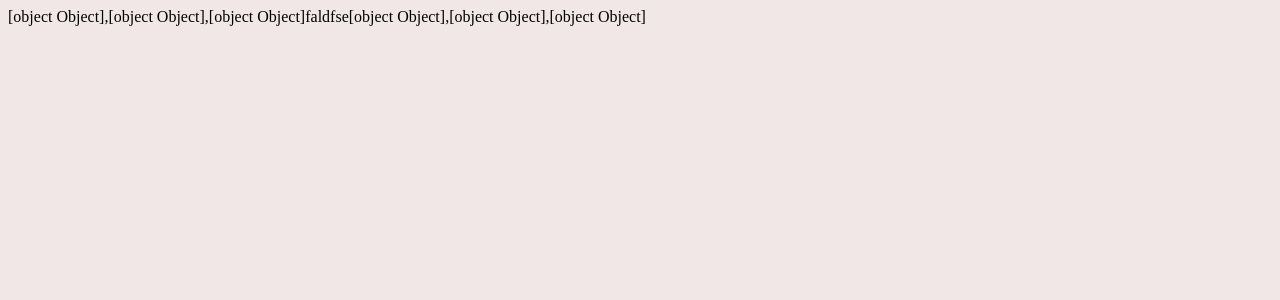
Repository: cyborgEneki/archangel-code-challenge
Page: index.html
An editor plug-in stored every save of this project. The page is shown before and after a run of saves, followed by the edit.
The browser window is 1280 px wide. The pictures show the whole page.
The style sheet was rebuilt from its Sass, Less or Tailwind sources for each picture, by a compiler version that may differ from the author's.

Above is the page before, as saved 2020-11-05 15:05:18.

### index.html
<!DOCTYPE html>
<html lang="en">

<head>
    <link rel="stylesheet" href="assets/css/styles.css">
</head>

<body>
    <div id="main"></div>
    <script src="bower_components/handlebars/handlebars.min.js"></script>
    <script src="bower_components/jquery/dist/jquery.min.js"></script>
    <script type="text/x-handlebars-template" id="template-script">
        {{#each books}}
            {{#compareEquality category 'Children'}}
                <div class="card">
                    <div class="card__container">
                        <div class="card__heading"><b>{{title}}</b></div>
                        <p class="card__title-text">{{author}}</p>
                        <p class="card__category-text">Category: <i>{{category}}</i></p>
                    </div>
                </div>
            {{/compareEquality}}
        {{/each}}
    </script>
    <script src="assets/js/books.js"></script>
    <script src="assets/js/index.js"></script>
</body>
</html>


<!-- <p class="card__text">{{compareEquality a b real makeBelieve}}!</p> -->
<!-- books -->
<!-- If category is not children, don't show -->

### assets/js/books.js
$(function () {
    var main = {};

    function Book(title, author, category) {
        this.title = title;
        this.author = author;
        this.category = category;
        return this;
    };

    main.initializeBooks = function() {
        let books = [
            new Book('Harry Potter', 'J.K. Rowling', 'Children'),
            new Book('Gone Girl', 'Random Lady', 'Young Adult'),
            new Book('Charlie and the Chocolate Factory', 'Random Dude', 'Children')
        ];

        return books;
    };

    main.books = main.initializeBooks();

    Handlebars.registerHelper("compareEquality", function (a, b) {
        if (a == b) {
            return main.books;
        } else {
            return 'faldfse';
        };
    });

    window.Books = main;
});

### assets/js/index.js
$(function () {
    let template = $('#template-script').html(),
        compiled = Handlebars.compile(template),
        rendered = compiled({ books: Books.books });
    $('#main').html(rendered);
});

### scss/styles.scss
$peach: #f1e7e7;

body {
    background-color: $peach;
}

.card {
    box-shadow: 0 4px 8px 0 rgba(0, 0, 0, 0.2);
    transition: 0.3s;
    width: 50%;
    margin: 0 auto;

    &__container {
        padding: 0.5rem 1rem;
        margin-top: 3rem;
    }

    &__heading {
        font-size: 3rem;
        text-align: center;
        margin: 1rem auto;
    }

    &__title-text {
        text-align: center;
        font-size: 2rem;
        color: #de3838;
    }

    &__category-text {
        text-align: center;
        font-size: 1.25rem;
        color: #ff8484;
    }
}

Loaded but not shown: bower_components/handlebars/handlebars.min.js (library); bower_components/jquery/dist/jquery.min.js (library)

After the next 3 saves:
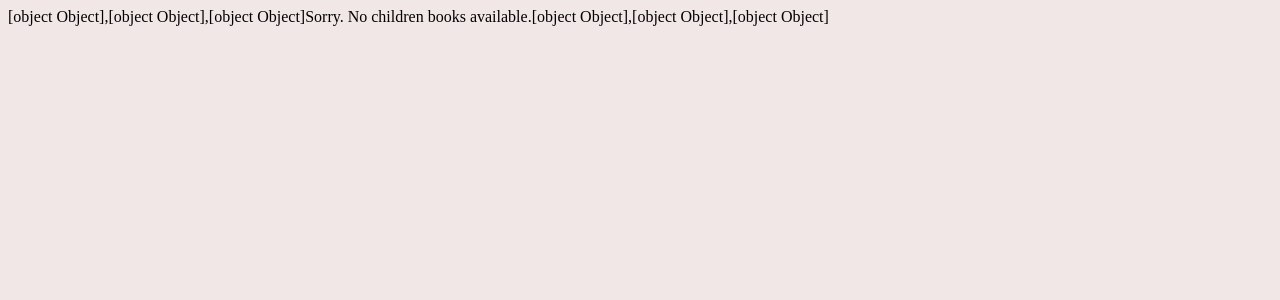
The 3 saves are shown as one change because they came seconds apart.
The last was saved 77 s later.
--- a/assets/js/books.js
+++ b/assets/js/books.js
@@ -24,7 +24,7 @@
         if (a == b) {
             return main.books;
         } else {
-            return 'faldfse';
+            return 'Sorry. No children books available.';
         };
     });
 
